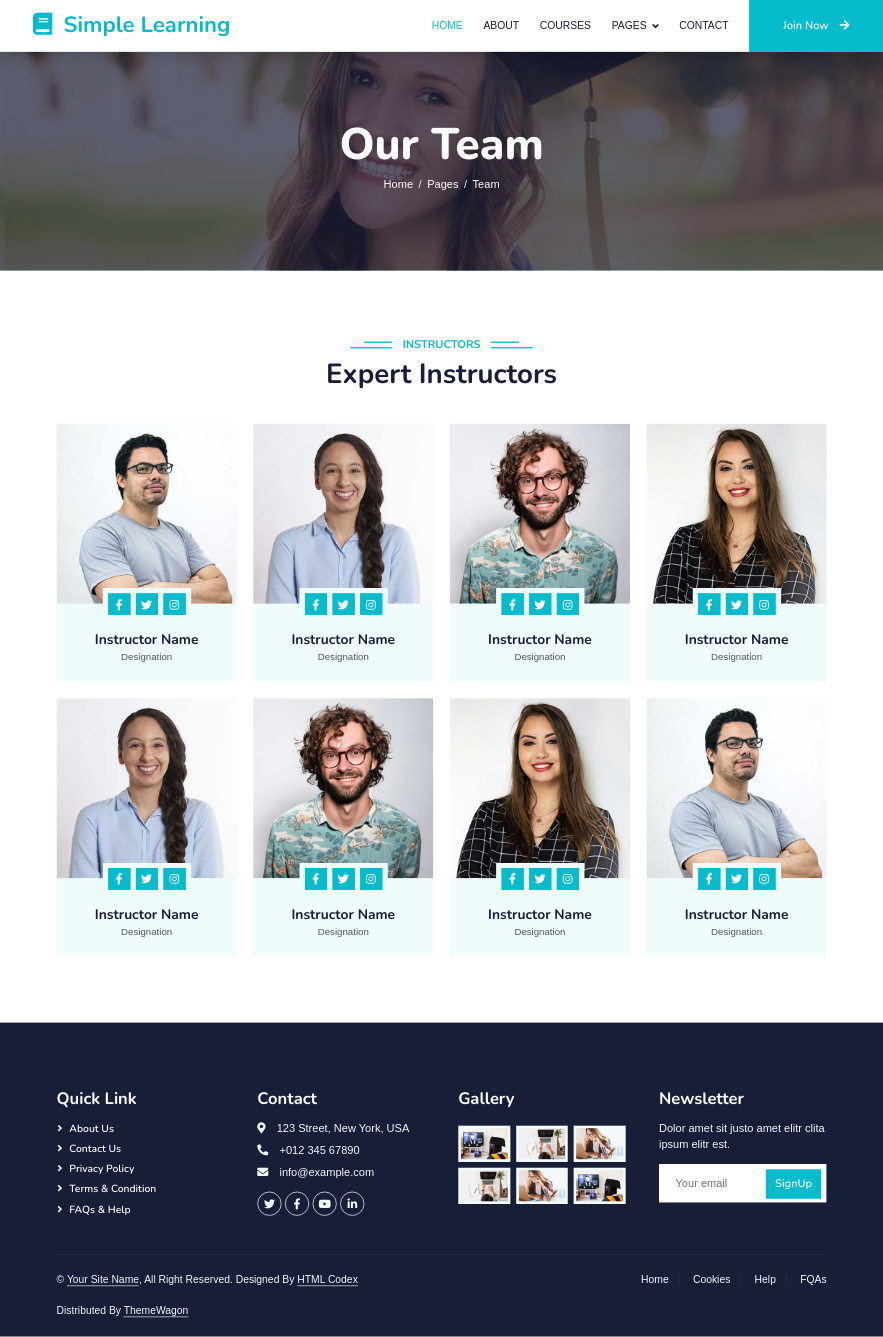
Repository: Arumugam2002/ARUMUGAM-TOPS-DAILY-TASKS
Page: http://localhost/team
An editor plug-in stored every save of this project. The page is shown before and after the next save, followed by the edit.
The browser window is 1280 px wide. The pictures show the whole page, at 69% of full size.
Some web fonts or font styles are not loaded; a fallback is used. Some web libraries are served in a nearby version. The page is this project's Thymeleaf template; nobody is signed in. The template is opened directly, without the code that normally fills it, so the values that code supplies are empty.

Above is the page before, as saved 2024-07-21 15:38:45.

After the next save:
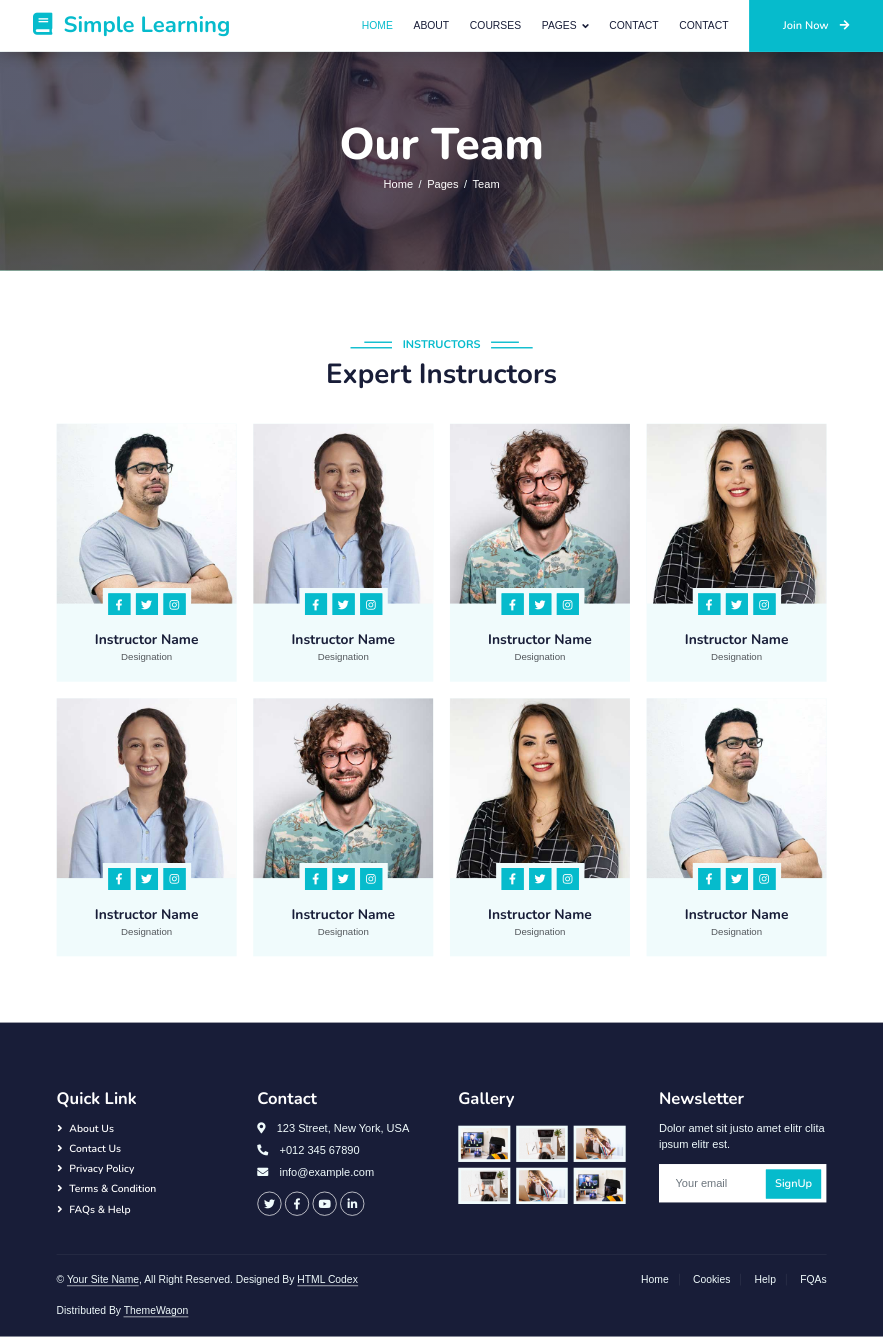
Saved 53 s later.
--- a/Java SpringBoot/Spring_Eclipse/SpringwithTemplate/src/main/resources/templates/fragments/header.html
+++ b/Java SpringBoot/Spring_Eclipse/SpringwithTemplate/src/main/resources/templates/fragments/header.html
@@ -34,6 +34,7 @@
 				</div>
 			</div>
 			<a href="/contact" class="nav-item nav-link">Contact</a>
+			<a href="/contact" class="nav-item nav-link">Contact</a>
 		</div>
 		<a href="/register" class="btn btn-primary py-4 px-lg-5 d-none d-lg-block">Join Now<i
 				class="fa fa-arrow-right ms-3"></i></a>
